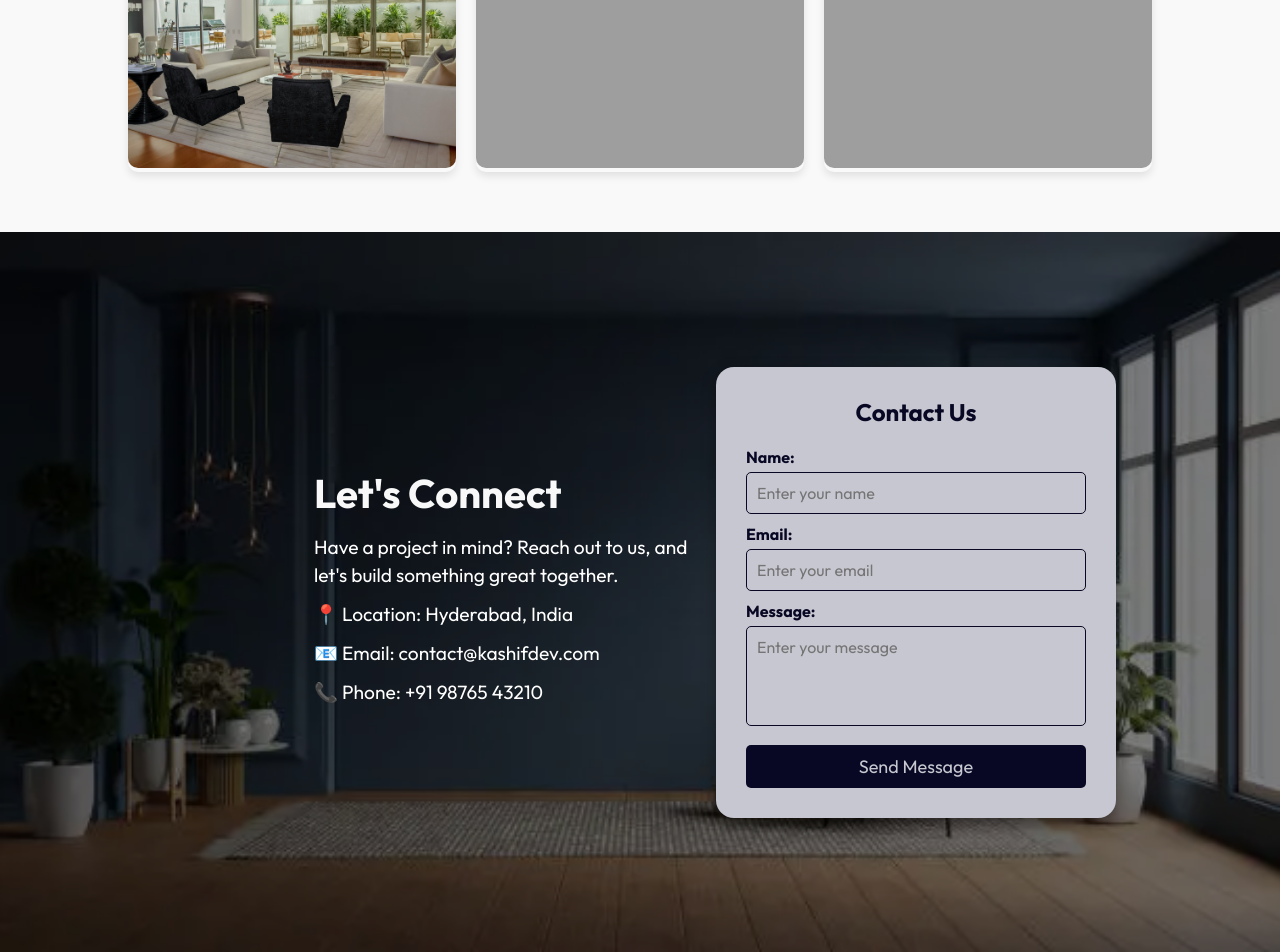
Repository: TechProjectss/Portfolio
Page: / (app in Merajweb/)
An editor plug-in stored every save of this project. The page is shown before and after the next save, followed by the edit.
The browser window is 1280 px wide. The pictures show the part of the page from y = 2747 to 3699 px (the page is 3699 px tall).
Pictures or frames that could not be fetched are drawn as grey boxes. The project was rebuilt for these pictures with package versions that can differ from the ones it lists, and the page was loaded fresh each time. Also part of the build but not shown: Merajweb/vite.config.js.

Above is the page before, as saved 2025-02-26 12:40:28.

After the next save:
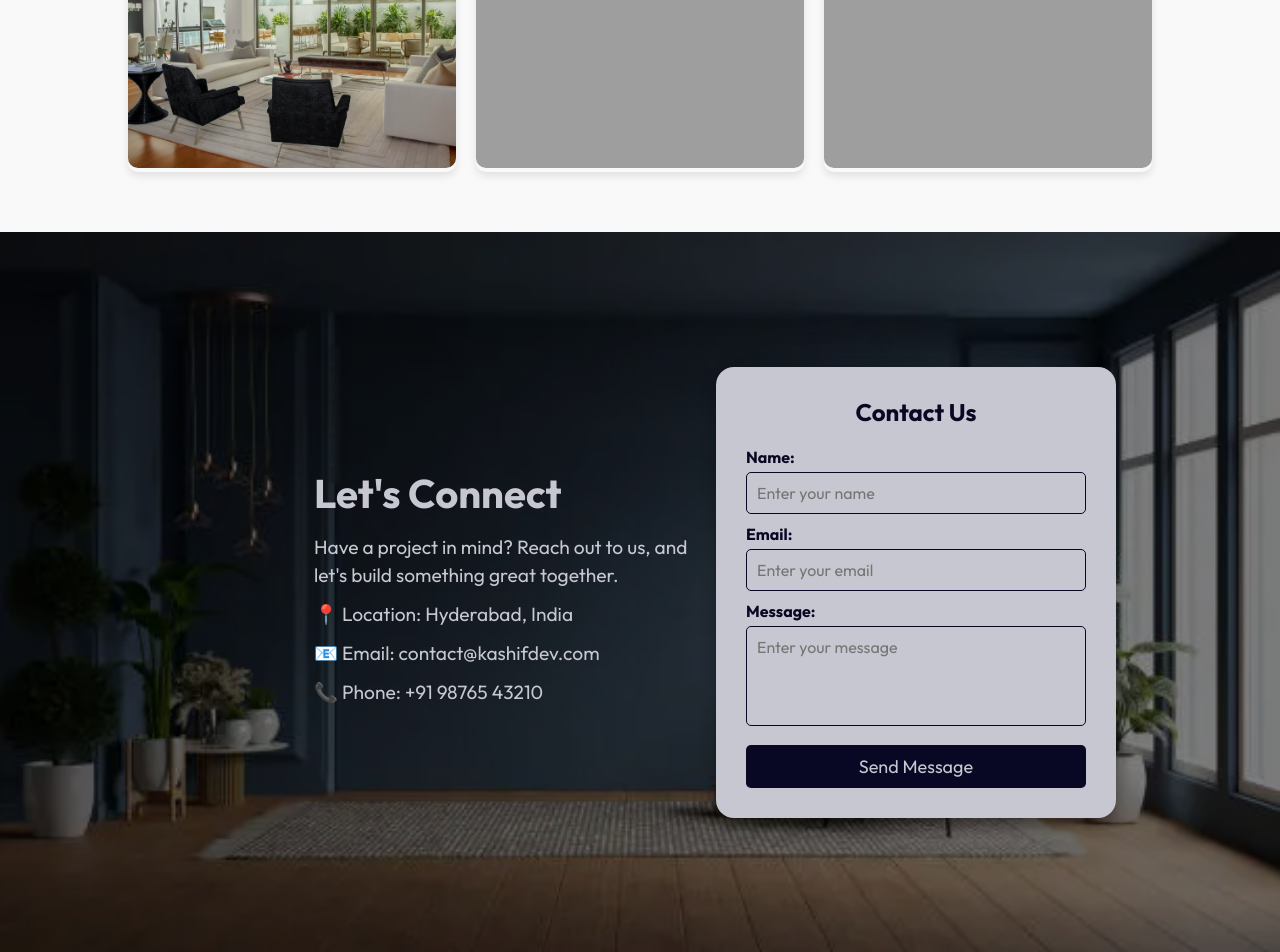
Saved 76 s later.
--- a/Merajweb/src/components/Contact/Contact.css
+++ b/Merajweb/src/components/Contact/Contact.css
@@ -23,7 +23,7 @@
 .contact-info {
     max-width: 400px;
     margin-left: 250px;
-    color: #fff;
+    color: #c7c7d1;
     position: relative;
     z-index: 2;
 }
@@ -31,7 +31,7 @@
 .contact-info h1 {
     font-size: 2.5rem;
     margin-bottom: 15px;
-    color: #f8f8f8;
+    color: #c7c7d1;
 }
 
 .contact-info p {
